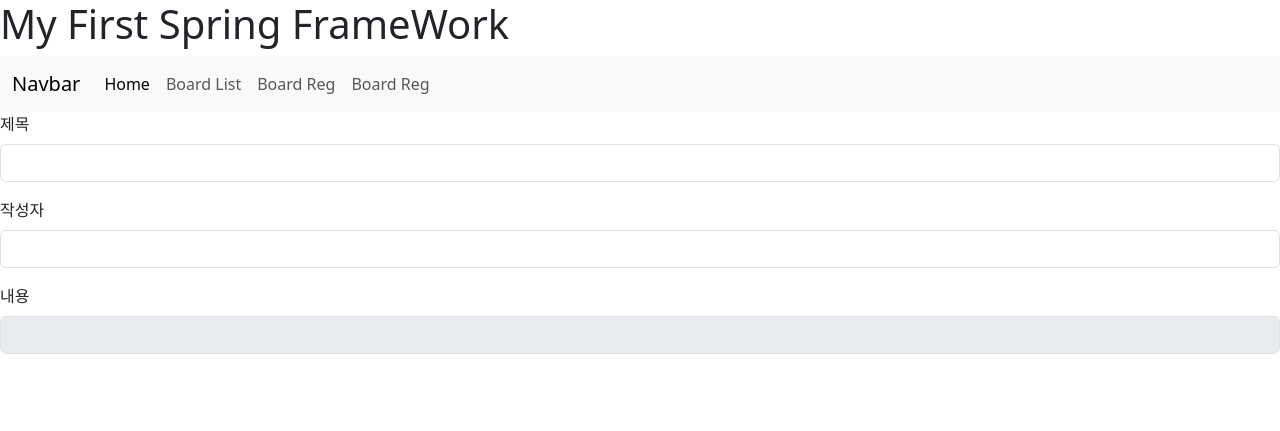
Repository: Leesunghoon1/SpringEz
Page: http://localhost/springProject/WEB-INF/views/board/register.jsp
The author's editor kept a copy of each file at every save. The page is drawn from the files as they stood at one save, then again after the next save.
The browser window is 1280 px wide. The pictures show the whole page.
The page is served by Tomcat 9. Nobody is signed in. The template is opened directly, without the code that normally fills it, so the values that code supplies are empty.

Above is the page before, as saved 2023-10-18 08:02:33.

After the next save:
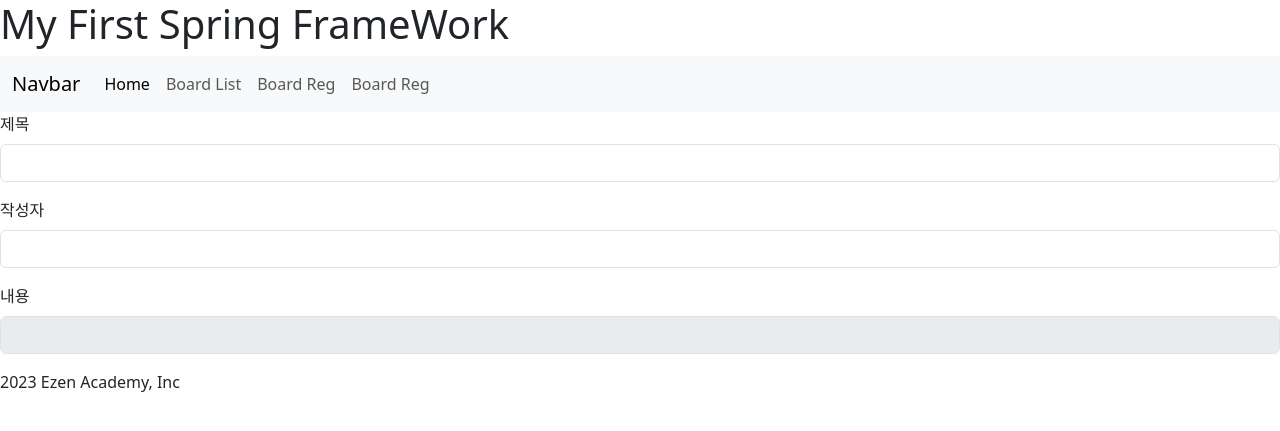
Saved 19 s later.
--- a/springProject/src/main/webapp/WEB-INF/views/board/register.jsp
+++ b/springProject/src/main/webapp/WEB-INF/views/board/register.jsp
@@ -23,5 +23,6 @@
   <input class="form-control" type="text" name="content"   id="formFileDisabled" disabled>
 </div>
 </form>
+<jsp:include page="../common/footer.jsp"/>
 </body>
 </html>
